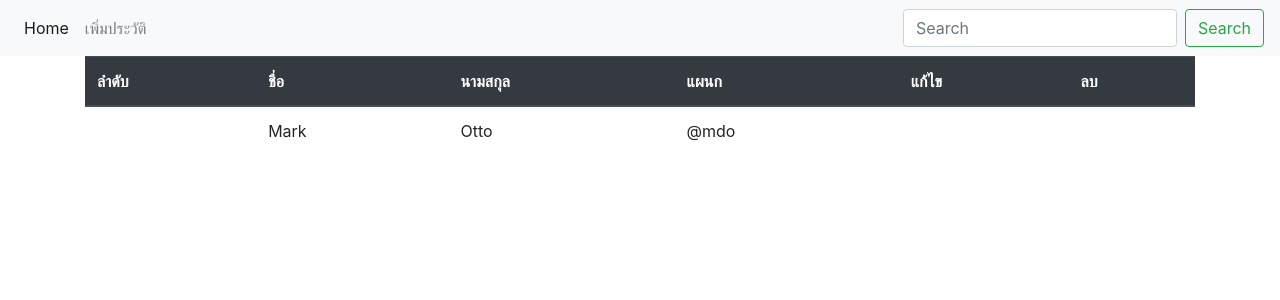
Repository: p2job/javawebapp
Page: http://localhost/demojsp/
These files come from the project's save history. The page is drawn as it stood at one moment and after the next save; the edit follows.
The browser window is 1280 px wide. The pictures show the whole page.
The page is served by Tomcat 9. Queries for data that is not in the repository find no rows.

Above is the page before, as saved 2020-07-31 08:55:56.

### demojsp/WebContent/index.jsp
  <%@page contentType="text/html" pageEncoding="UTF-8"%>
  <%@ page import="java.sql.*"  %>
<!DOCTYPE html>
<html>
<head>
<meta http-equiv="Content-Type" content="text/html; charset=UTF-8">
<meta name="viewport" content="width=device-width, initial-scale=1, shrink-to-fit=no">
<link rel="stylesheet" href="https://stackpath.bootstrapcdn.com/bootstrap/4.5.0/css/bootstrap.min.css" integrity="sha384-9aIt2nRpC12Uk9gS9baDl411NQApFmC26EwAOH8WgZl5MYYxFfc+NcPb1dKGj7Sk" crossorigin="anonymous">
<title>Insert title here</title>
</head>
<body>
	<nav class="navbar navbar-expand-lg navbar-light bg-light">
  <button class="navbar-toggler" type="button" data-toggle="collapse" data-target="#navbarTogglerDemo01" aria-controls="navbarTogglerDemo01" aria-expanded="false" aria-label="Toggle navigation">
    <span class="navbar-toggler-icon"></span>
  </button>
  <div class="collapse navbar-collapse" id="navbarTogglerDemo01">
    <ul class="navbar-nav mr-auto mt-2 mt-lg-0">
      <li class="nav-item active">
        <a class="nav-link" href="index.jsp">Home <span class="sr-only">(current)</span></a>
      </li>
      <li class="nav-item">
        <a class="nav-link" href="insert.jsp">เพิ่มประวัติ</a>
      </li>
    </ul>
    <form class="form-inline my-2 my-lg-0">
      <input class="form-control mr-sm-2" type="search" placeholder="Search" aria-label="Search">
      <button class="btn btn-outline-success my-2 my-sm-0" type="submit">Search</button>
    </form>
  </div>
</nav>
<div class="container">

<table class="table">
  <thead class="thead-dark">
  <%
                Connection connect = null;
            	ResultSet rec = null;
            	Statement s= null;
	try {
		Class.forName("com.mysql.jdbc.Driver");
		connect =  DriverManager.getConnection("jdbc:mysql://localhost/employee" +
				"?user=root&password=");
		s = connect.createStatement();
		String sql="SELECT * FROM employee";
		rec=s.executeQuery(sql);


	} catch (Exception e) {
		// TODO Auto-generated catch block
		out.println(e.getMessage());
		e.printStackTrace();
	}

	%>
    <tr>
      <th scope="col">ลำดับ</th>
      <th scope="col">ชื่อ</th>
      <th scope="col">นามสกุล</th>
      <th scope="col">แผนก</th>
      <th scope="col">แก้ไข</th>
      <th scope="col">ลบ</th>
    </tr>
  </thead>
  <tbody>
    <tr>
      <th scope="row"></th>
      <td>Mark</td>
      <td>Otto</td>
      <td>@mdo</td>
    </tr>
  </tbody>
</table>
</div>
	<script src="https://code.jquery.com/jquery-3.5.1.slim.min.js" integrity="sha384-DfXdz2htPH0lsSSs5nCTpuj/zy4C+OGpamoFVy38MVBnE+IbbVYUew+OrCXaRkfj" crossorigin="anonymous"></script>
    <script src="https://cdn.jsdelivr.net/npm/popper.js@1.16.0/dist/umd/popper.min.js" integrity="sha384-Q6E9RHvbIyZFJoft+2mJbHaEWldlvI9IOYy5n3zV9zzTtmI3UksdQRVvoxMfooAo" crossorigin="anonymous"></script>
    <script src="https://stackpath.bootstrapcdn.com/bootstrap/4.5.0/js/bootstrap.min.js" integrity="sha384-OgVRvuATP1z7JjHLkuOU7Xw704+h835Lr+6QL9UvYjZE3Ipu6Tp75j7Bh/kR0JKI" crossorigin="anonymous"></script>
</body>
</html>

After the next save:
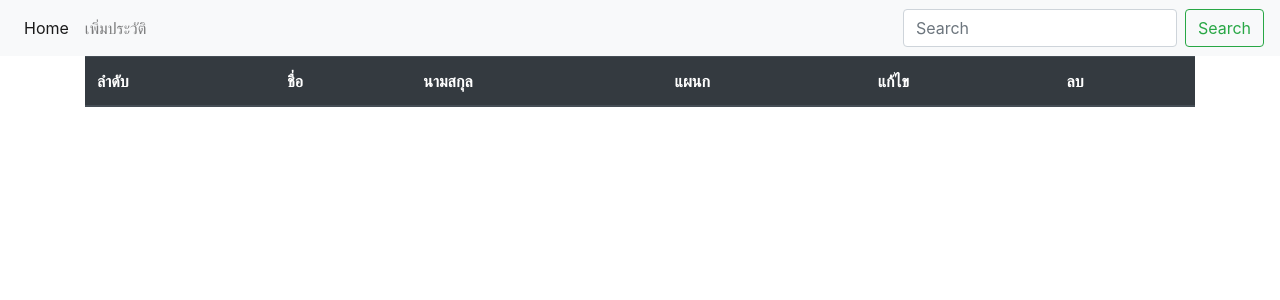
Saved 23 s later.
--- a/demojsp/WebContent/index.jsp
+++ b/demojsp/WebContent/index.jsp
@@ -63,10 +63,12 @@
   </thead>
   <tbody>
     <tr>
+    <% while((rec!=null)&&(rec.next())) {%>
       <th scope="row"></th>
       <td>Mark</td>
       <td>Otto</td>
       <td>@mdo</td>
+      <% } %>
     </tr>
   </tbody>
 </table>
